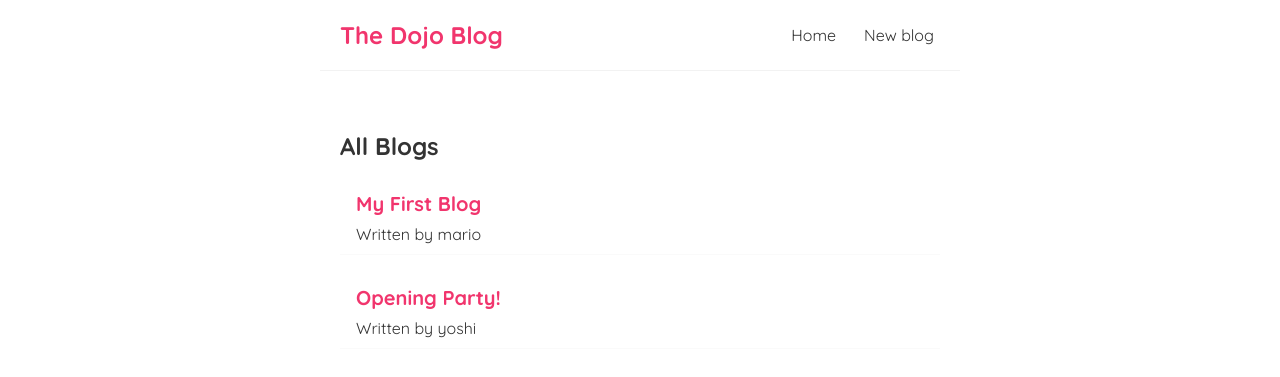
Repository: Samkiroko/full-reacr-ninja
Page: /
These files come from the project's save history. The page is drawn as it stood at one moment and after the next save; the edit follows.
The browser window is 1280 px wide. The pictures show the whole page.
The project was rebuilt for these pictures with package versions that can differ from the ones it lists, and the page was loaded fresh each time. Requests to the local data server were answered from the project's data file.

Above is the page before, as saved 2021-07-20 08:51:08.

### src/index.css
@import url('https://fonts.googleapis.com/css2?family=Quicksand:wght@300;400;500;600;700&display=swap');

/* base styles */

* {
    margin: 0;
    font-family: 'Quicksand';
    color: #333;
}

.navbar {
    padding: 20px;
    display: flex;
    align-items: center;
    max-width: 600px;
    margin: 0 auto;
    border-bottom: 1px solid #f2f2f2;
}

.navbar h1 {
    color: #f1356d;
}

.navbar .links {
    margin-left: auto;
}

.navbar a {
    margin-left: 16px;
    text-decoration: none;
    padding: 6px;
}

.navbar a:hover {
    color: #f1356d;
}

.content {
    max-width: 600px;
    margin: 40px auto;
    padding: 20px;
}


/* blog previews / list */

.blog-preview {
    padding: 10px 16px;
    margin: 20px 0;
    border-bottom: 1px solid #fafafa;
}

.blog-preview:hover {
    box-shadow: 1px 3px 5px rgba(0, 0, 0, 0.1);
}

.blog-preview h2 {
    font-size: 20px;
    color: #f1356d;
    margin-bottom: 8px;
}

### src/App.js
import Home from './Home'
import Navbar from './Navbar'

function App() {
  return (
    <div className='App'>
      <Navbar />
      <div className='content'>
        <Home />
      </div>
    </div>
  )
}

export default App

### src/Home.js
import { useState, useEffect } from 'react'
import BlogList from './BlogList'

const Home = () => {
  const [blogs, setBlogs] = useState(null)
  const [loading, setLoading] = useState(true)

  useEffect(() => {
    fetch('http://localhost:8000/blogs')
      .then((res) => {
        return res.json()
      })
      .then((data) => {
        setBlogs(data)
        setLoading(false)
      })
      .catch((err) => {
        console.log(err.message)
      })
  }, [])

  return (
    <div className='home'>
      {loading && <div className='loading'>Loading...</div>}
      {blogs && <BlogList blogs={blogs} title='All Blogs' />}
    </div>
  )
}

export default Home

### src/Navbar.js
import React from 'react'

const Navbar = () => {
  return (
    <nav className='navbar'>
      <h1>The Dojo Blog</h1>
      <div className='links'>
        <a href='/'>Home</a>

        <a href='/create'>New blog</a>
      </div>
    </nav>
  )
}

export default Navbar

### src/BlogList.js
const BlogList = ({ blogs, title }) => {
  return (
    <div className='blog-list'>
      <h2>{title}</h2>
      {blogs.map((blog) => (
        <div className='blog-preview' key={blog.id}>
          <h2>{blog.title}</h2>
          <p>Written by {blog.author}</p>
        </div>
      ))}
    </div>
  )
}

export default BlogList

### data/db.json
{
    "blogs": [{
            "title": "My First Blog",
            "body": "Why do we use it?\nIt is a long established fact that a reader will be distracted by the readable content of a page when looking at its layout. The point of using Lorem Ipsum is that it has a more-or-less normal distribution of letters, as opposed to using 'Content here, content here', making it look like readable English. Many desktop publishing packages and web page editors now use Lorem Ipsum as their default model text, and a search for 'lorem ipsum' will uncover many web sites still in their infancy. Various versions have evolved over the years, sometimes by accident, sometimes on purpose (injected humour and the like).\n\n\nWhere does it come from?\nContrary to popular belief, Lorem Ipsum is not simply random text. It has roots in a piece of classical Latin literature from 45 BC, making it over 2000 years old. Richard McClintock, a Latin professor at Hampden-Sydney College in Virginia, looked up one of the more obscure Latin words, consectetur, from a Lorem Ipsum passage, and going through the cites of the word in classical literature, discovered the undoubtable source. Lorem Ipsum comes from sections 1.10.32 and 1.10.33 of \"de Finibus Bonorum et Malorum\" (The Extremes of Good and Evil) by Cicero, written in 45 BC. This book is a treatise on the theory of ethics, very popular during the Renaissance. The first line of Lorem Ipsum, \"Lorem ipsum dolor sit amet..\", comes from a line in section 1.10.32.\n\nThe standard chunk of Lorem Ipsum used since the 1500s is reproduced below for those interested. Sections 1.10.32 and 1.10.33 from \"de Finibus Bonorum et Malorum\" by Cicero are also reproduced in their exact original form, accompanied by English versions from the 1914 translation by H. Rackham.\n\nWhere can I get some?\nThere are many variations of passages of Lorem Ipsum available, but the majority have suffered alteration in some form, by injected humour, or randomised words which don't look even slightly believable. If you are going to use a passage of Lorem Ipsum, you need to be sure there isn't anything embarrassing hidden in the middle of text. All the Lorem Ipsum generators on the Internet tend to repeat predefined chunks as necessary, making this the first true generator on the Internet. It uses a dictionary of over 200 Latin words, combined with a handful of model sentence structures, to generate Lorem Ipsum which looks reasonable. The generated Lorem Ipsum is therefore always free from repetition, injected humour, or non-characteristic words etc.",
            "author": "mario",
            "id": 1
        },
        {
            "title": "Opening Party!",
            "body": "Why do we use it?\nIt is a long established fact that a reader will be distracted by the readable content of a page when looking at its layout. The point of using Lorem Ipsum is that it has a more-or-less normal distribution of letters, as opposed to using 'Content here, content here', making it look like readable English. Many desktop publishing packages and web page editors now use Lorem Ipsum as their default model text, and a search for 'lorem ipsum' will uncover many web sites still in their infancy. Various versions have evolved over the years, sometimes by accident, sometimes on purpose (injected humour and the like).\n\n\nWhere does it come from?\nContrary to popular belief, Lorem Ipsum is not simply random text. It has roots in a piece of classical Latin literature from 45 BC, making it over 2000 years old. Richard McClintock, a Latin professor at Hampden-Sydney College in Virginia, looked up one of the more obscure Latin words, consectetur, from a Lorem Ipsum passage, and going through the cites of the word in classical literature, discovered the undoubtable source. Lorem Ipsum comes from sections 1.10.32 and 1.10.33 of \"de Finibus Bonorum et Malorum\" (The Extremes of Good and Evil) by Cicero, written in 45 BC. This book is a treatise on the theory of ethics, very popular during the Renaissance. The first line of Lorem Ipsum, \"Lorem ipsum dolor sit amet..\", comes from a line in section 1.10.32.\n\nThe standard chunk of Lorem Ipsum used since the 1500s is reproduced below for those interested. Sections 1.10.32 and 1.10.33 from \"de Finibus Bonorum et Malorum\" by Cicero are also reproduced in their exact original form, accompanied by English versions from the 1914 translation by H. Rackham.\n\nWhere can I get some?\nThere are many variations of passages of Lorem Ipsum available, but the majority have suffered alteration in some form, by injected humour, or randomised words which don't look even slightly believable. If you are going to use a passage of Lorem Ipsum, you need to be sure there isn't anything embarrassing hidden in the middle of text. All the Lorem Ipsum generators on the Internet tend to repeat predefined chunks as necessary, making this the first true generator on the Internet. It uses a dictionary of over 200 Latin words, combined with a handful of model sentence structures, to generate Lorem Ipsum which looks reasonable. The generated Lorem Ipsum is therefore always free from repetition, injected humour, or non-characteristic words etc.",
            "author": "yoshi",
            "id": 2
        }
    ]
}

Loaded but not shown: public/index.html (common file); src/index.js (common file)

After the next save:
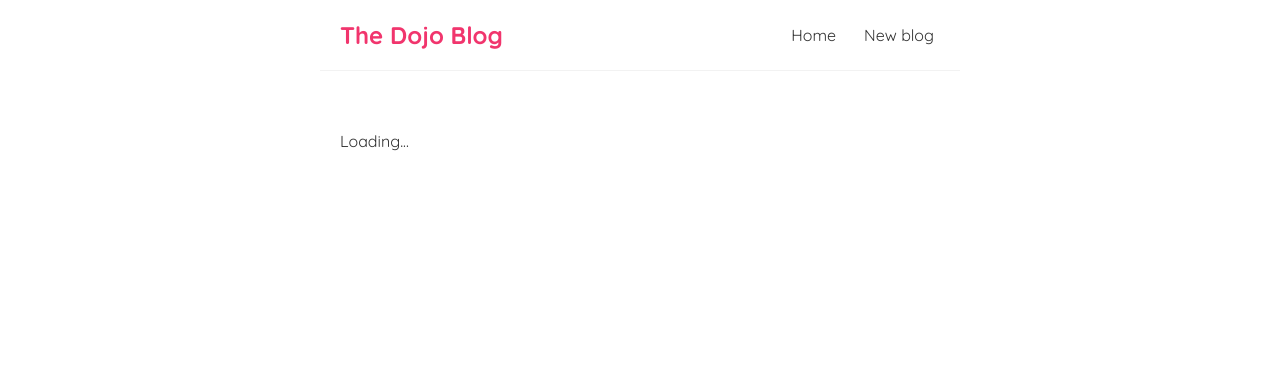
Saved 4 min 22 s later.
--- a/src/Home.js
+++ b/src/Home.js
@@ -8,6 +8,9 @@ const Home = () => {
   useEffect(() => {
     fetch('http://localhost:8000/blogs')
       .then((res) => {
+        if (res.ok) {
+          throw Error('could not fetch form the database')
+        }
         return res.json()
       })
       .then((data) => {
